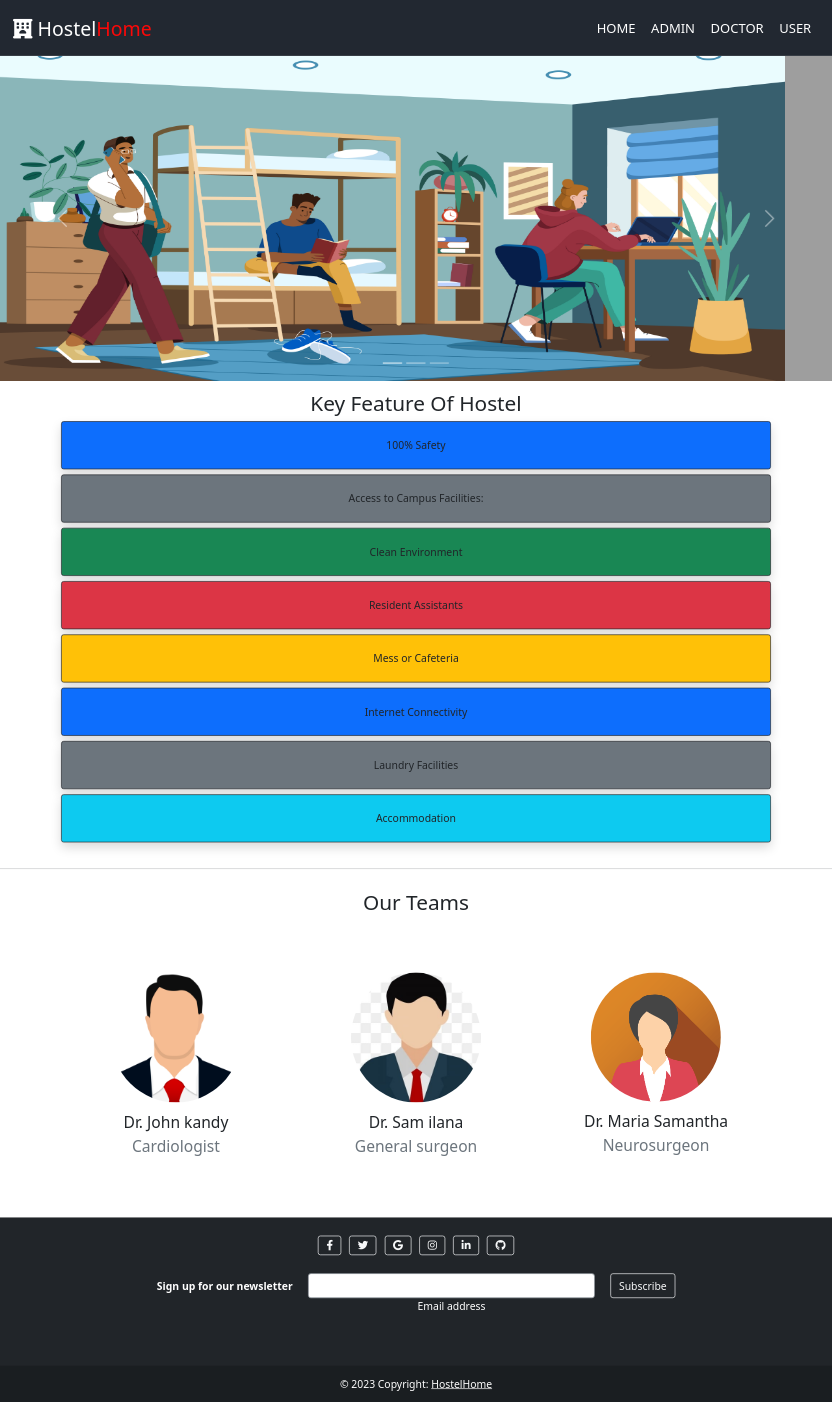
Repository: SparshGarg1/Hostel_Managment_System
Page: http://localhost/Hostel/
These files come from the project's save history. The page is drawn as it stood at one moment and after the next save; the edit follows.
The browser window is 1280 px wide. The pictures show the whole page, at 65% of full size.
Pictures or frames that could not be fetched are drawn as grey boxes. Some web libraries are served in a nearby version. The page is served by Tomcat 9.

Above is the page before, as saved 2023-06-17 05:19:48.

### Hostel/WebContent/index.jsp
<%@ page language="java" contentType="text/html; charset=ISO-8859-1"
    pageEncoding="ISO-8859-1"%>
<!DOCTYPE html PUBLIC "-//W3C//DTD HTML 4.01 Transitional//EN" "http://www.w3.org/TR/html4/loose.dtd">
<html>
<head>
<meta http-equiv="Content-Type" content="text/html; charset=ISO-8859-1">
<link rel="stylesheet" href="style.css">
<title>Insert title here</title>
<%@ include file="component/allcss.jsp" %>
</head>
<body>
<%@ include file="component/navbar.jsp" %>

<div id="carouselExampleIndicators" class="carousel slide" data-bs-ride="carousel">
  <div class="carousel-indicators">
    <button type="button" data-bs-target="#carouselExampleIndicators" data-bs-slide-to="0" class="active" aria-current="true" aria-label="Slide 1"></button>
    <button type="button" data-bs-target="#carouselExampleIndicators" data-bs-slide-to="1" aria-label="Slide 2"></button>
    <button type="button" data-bs-target="#carouselExampleIndicators" data-bs-slide-to="2" aria-label="Slide 3"></button>
  </div>
  <div class="carousel-inner">
    <div class="carousel-item active">
      <img src="img/hos1.jpg" class="d-block w-100" alt="..." height="500px">
    </div>
    <div class="carousel-item">
      <img src="img/hos2.jpg" class="d-block w-100" alt="..." height="500px">
    </div>
    <div class="carousel-item">
      <img src="img/hos3.jpg" class="d-block w-100" alt="..." height="500px">
    </div>
  </div>
  <button class="carousel-control-prev" type="button" data-bs-target="#carouselExampleIndicators" data-bs-slide="prev">
    <span class="carousel-control-prev-icon" aria-hidden="true"></span>
    <span class="visually-hidden">Previous</span>
  </button>
  <button class="carousel-control-next" type="button" data-bs-target="#carouselExampleIndicators" data-bs-slide="next">
    <span class="carousel-control-next-icon" aria-hidden="true"></span>
    <span class="visually-hidden">Next</span>
  </button>
</div>

<div class="container p-3">
<h1 class="text-center fs-2">Key Feature Of Hostel</h1>
<div class="card-columns">
  <div class="card bg-primary p-2 m-2 border-dark shadow rounded">
    <div class="card-body text-center">
      <p class="card-text font-weight-bold">100% Safety</p>
    </div>
  </div>
  <div class="card bg-secondary p-2 m-2 border-dark shadow rounded">
    <div class="card-body text-center">
      <p class="card-text font-weight-bold">Access to Campus Facilities:</p>
    </div>
  </div>
  <div class="card bg-success p-2 m-2 border-dark shadow rounded">
    <div class="card-body text-center">
      <p class="card-text">Clean Environment</p>
    </div>
  </div>
  <div class="card bg-danger p-2 m-2 border-dark shadow rounded">
    <div class="card-body text-center">
      <p class="card-text font-weight-bold">Resident Assistants</p>
    </div>
  </div>
  <div class="card bg-warning p-2 m-2 border-dark shadow rounded">
    <div class="card-body text-center">
      <p class="card-text font-weight-bold">Mess or Cafeteria</p>
    </div>
  </div>
  <div class="card bg-primary p-2 m-2 border-dark shadow rounded">
    <div class="card-body text-center">
      <p class="card-text font-weight-bold">Internet Connectivity</p>
    </div>

  </div>
  <div class="card bg-secondary p-2 m-2 border-dark shadow rounded">
    <div class="card-body text-center">
      <p class="card-text font-weight-bold">Laundry Facilities</p>
    </div>
  </div>
  <div class="card bg-info p-2 m-2 border-dark shadow rounded">
    <div class="card-body text-center">
      <p class="card-text font-weight-bold">Accommodation</p>
    </div>
  </div>
</div>
</div>
<hr>


<div class="container p-3">
<h1 class="text-center fs-2">Our Teams</p>
<div class="py-5 text-center text-info background-info" style="">
<div class="container">
<div class="row">
<div class="col-lg-4 col-md-6 p-4"> <img class="img-fluid d-block mb-3 mx-auto rounded-circle" alt="Card image cap" width="200" src="img/doc-1.jpg">
<h4 class="text-dark">Dr. John kandy</h4>
<h4 class="mb-0 text-secondary">Cardiologist</h4>
</div>
<div class="col-lg-4 col-md-6 p-4"> <img class="img-fluid d-block mb-3 mx-auto rounded-circle" src="img/doc-2.jpg" alt="Card image cap" width="200">
<h4 class="text-dark">Dr. Sam ilana</h4>
<h4 class="mb-0 text-secondary">General surgeon</h4>
</div>
<div class="col-lg-4 p-4"> <img class="img-fluid d-block mb-3 mx-auto rounded-circle" src="img/doc-3.jpg" width="200">
<h4 class="text-dark">Dr. Maria Samantha</h4>
<h4 class="mb-0 text-secondary">Neurosurgeon</h4>
</div>
</div>
</div>
</div>
</div>


<!-- Footer -->
<footer class="bg-dark text-center text-white">
  <!-- Grid container -->
  <div class="container p-4">
    <!-- Section: Social media -->
    <section class="mb-4">
      <!-- Facebook -->
      <a class="btn btn-outline-light btn-floating m-1" href="#!" role="button"
        ><i class="fab fa-facebook-f"></i
      ></a>

      <!-- Twitter -->
      <a class="btn btn-outline-light btn-floating m-1" href="#!" role="button"
        ><i class="fab fa-twitter"></i
      ></a>

      <!-- Google -->
      <a class="btn btn-outline-light btn-floating m-1" href="#!" role="button"
        ><i class="fab fa-google"></i
      ></a>

      <!-- Instagram -->
      <a class="btn btn-outline-light btn-floating m-1" href="#!" role="button"
        ><i class="fab fa-instagram"></i
      ></a>

      <!-- Linkedin -->
      <a class="btn btn-outline-light btn-floating m-1" href="#!" role="button"
        ><i class="fab fa-linkedin-in"></i
      ></a>

      <!-- Github -->
      <a class="btn btn-outline-light btn-floating m-1" href="#!" role="button"
        ><i class="fab fa-github"></i
      ></a>
    </section>
    <!-- Section: Social media -->

    <!-- Section: Form -->
    <section class="">
      <form action="">
        <!--Grid row-->
        <div class="row d-flex justify-content-center">
          <!--Grid column-->
          <div class="col-auto">
            <p class="pt-2">
              <strong>Sign up for our newsletter</strong>
            </p>
          </div>
          <!--Grid column-->

          <!--Grid column-->
          <div class="col-md-5 col-12">
            <!-- Email input -->
            <div class="form-outline form-white mb-4">
              <input type="email" id="form5Example21" class="form-control" />
              <label class="form-label" for="form5Example21">Email address</label>
            </div>
          </div>
          <!--Grid column-->

          <!--Grid column-->
          <div class="col-auto">
            <!-- Submit button -->
            <button type="submit" class="btn btn-outline-light mb-4">
              Subscribe
            </button>
          </div>
          <!--Grid column-->
        </div>
        <!--Grid row-->
      </form>
    </section>
    <!-- Section: Form -->

    <!-- Section: Text -->
    <section class="mb-4">
      <p>

      </p>
    </section>
    <!-- Section: Text -->

    <!-- Section: Links -->
   <!--  <section class="">
      Grid row
      <div class="row">
        Grid column
        <div class="col-lg-3 col-md-6 mb-4 mb-md-0">
          <h5 class="text-uppercase">Links</h5>

          <ul class="list-unstyled mb-0">
            <li>
              <a href="#!" class="text-white">Home</a>
            </li>
            <li>
              <a href="#!" class="text-white">Admin</a>
            </li>
            <li>
              <a href="#!" class="text-white">Doctor</a>
            </li>
            <li>
              <a href="#!" class="text-white">User</a>
            </li>
          </ul>
        </div>
      </div>
      Grid row
    </section> -->
    <!-- Section: Links -->
  </div>
  <!-- Grid container -->

  <!-- Copyright -->
  <div class="text-center p-3" style="background-color: rgba(0, 0, 0, 0.2);">
    © 2023 Copyright:
    <a class="text-white" href="index.jsp">HostelHome</a>
  </div>
  <!-- Copyright -->
</footer>
<!-- Footer -->


</body>
</html>

### Hostel/WebContent/component/allcss.jsp
<link rel="stylesheet" href="https://cdnjs.cloudflare.com/ajax/libs/font-awesome/6.1.2/css/all.min.css" integrity="sha512-1sCRPdkRXhBV2PBLUdRb4tMg1w2YPf37qatUFeS7zlBy7jJI8Lf4VHwWfZZfpXtYSLy85pkm9GaYVYMfw5BC1A==" crossorigin="anonymous" referrerpolicy="no-referrer" />
<link href="https://cdn.jsdelivr.net/npm/bootstrap@5.0.2/dist/css/bootstrap.min.css" rel="stylesheet" integrity="sha384-EVSTQN3/azprG1Anm3QDgpJLIm9Nao0Yz1ztcQTwFspd3yD65VohhpuuCOmLASjC" crossorigin="anonymous">
<script src="https://cdn.jsdelivr.net/npm/bootstrap@5.0.2/dist/js/bootstrap.bundle.min.js" integrity="sha384-MrcW6ZMFYlzcLA8Nl+NtUVF0sA7MsXsP1UyJoMp4YLEuNSfAP+JcXn/tWtIaxVXM" crossorigin="anonymous"></script>

### Hostel/WebContent/component/navbar.jsp
<!-- <nav class="navbar navbar-expand-lg navbar-dark bg-success">
  <div class="container-fluid">
    <a class="navbar-brand" href="index.jsp"><i class="fas fa-clinic-medical"></i> Medi Home</a>
    <button class="navbar-toggler" type="button" data-bs-toggle="collapse" data-bs-target="#navbarSupportedContent" aria-controls="navbarSupportedContent" aria-expanded="false" aria-label="Toggle navigation">
      <span class="navbar-toggler-icon"></span>
    </button>
    <div class="collapse navbar-collapse" id="navbarSupportedContent">
      <ul class="navbar-nav ms-auto mb-2 mb-lg-0">
        <li class="nav-item">
          <a class="nav-link active" aria-current="page" href="admin_login.jsp"><i class="fas fa-sign-in-alt"></i> ADMIN</a>
        </li>
        <li class="nav-item">
          <a class="nav-link active" aria-current="page" href="doctor_login.jsp">DOCTOR</a>
        </li>
        <li class="nav-item">
          <a class="nav-link active" aria-current="page" href="#">APPOINMENT</a>
        </li>
        <li class="nav-item">
          <a class="nav-link active" aria-current="page" href="user_login.jsp">USER</a>
        </li>
        <li class="nav-item dropdown">
          <a class="nav-link dropdown-toggle" href="#" id="navbarDropdown" role="button" data-bs-toggle="dropdown" aria-expanded="false">
            Dropdown
          </a>
          <ul class="dropdown-menu" aria-labelledby="navbarDropdown">
            <li><a class="dropdown-item" href="#">Action</a></li>
            <li><a class="dropdown-item" href="#">Another action</a></li>
            <li><hr class="dropdown-divider"></li>
            <li><a class="dropdown-item" href="#">Something else here</a></li>
          </ul>
        </li>


      </ul>
    </div>
  </div>
</nav> -->
<style>
<!--
.header{

    width: 100%;
    background-image: url("img/banner.jpg");
    background-position: center;
    background-repeat: no-repeat;
    background-size: cover;
    position: relative;
}
nav{
    display: flex;
    justify-content: space-between;
    align-items: center;
    background-color: #222831;
}
.logo{
    margin: 20px;
}
.logo a:hover{
    font-size: 40px;
}
.logo a{
    text-decoration: none;
    font-size: 30px;
    color: white;
}
.logo span{
    color: rgb(251, 8, 8);
    font-size: 30px;
}
.nav-links{
   text-align: right;
}
.nav-links ul{
    display: flex;
    margin: 20px;
}
.nav-links ul li{
    display: flex;
    display: inline-block;
    padding: 8px 12px;
    position: relative;
}
.nav-links ul li a{
    text-decoration: none;
    font-size: 20px;
    color: #fff;
}

.nav-links ul li a:hover{
    background-color: gray;
    color: black;
    padding: 15px;
    border: 3px solid black;
    border-radius: 12px;
    margin: 3px;
}
nav .fa{
    display: none;
}
@media(max-width: 700px){

    .nav-links ul {
        display: flex;
        flex-direction: column;
     }
     .nav-links ul li{
        margin-bottom: 25%;
        margin-top: 25%;
     }
    .nav-links ul li a{
        color: black;
        font-weight: 600;
     }


     .nav-links{
        position: absolute;
        top: 0;
        right: -200px;
        background-color: orange;
        height: 100vh;
        width: 200px;
        z-index: 1;
        text-align: left;
     }
     nav .fa{
         display: block;
         color: #fff;
         margin: 10px;
         font-size: 22px;
     }
     .nav-links ul{
         padding: 30px;
         transition-delay: 2s;
     }
}
/* .text-area{
    border: 2px solid green;
    position: relative;
    margin: auto;
    top: 20vh;
    width: 90%;
}
.text-area h3{
    color: rgb(87, 21, 21);
    font-size: 28px;
}
.text-area h1{
    font-size: 35px;
} */


.h1_tag{

        font-size: 36px;
        font-weight: 600;
        text-align: center;
    }

.h3_tag{

        font-size: 20px;
        text-align: center;
        color: crimson;
    }
-->
</style>
<section class="header" id="header">
      <nav>
        <div class="logo" ><a href="index.html"><i class="fas fa-hotel"></i> Hostel<span>Home</span></a></div>
        <div class="nav-links" id="navLinks">
            <i class="fa fa-window-close" aria-hidden="true" onclick="hideMenu()"></i>
            <ul>
                <li><a href="index.jsp">HOME</a></li>
                <li><a href="admin_login.jsp">ADMIN</a></li>
                <li><a href="doctor_login.jsp">DOCTOR</a></li>
                <li><a href="user_login.jsp">USER</a></li>
            </ul>
        </div>
        <i class="fa fa-bars" aria-hidden="true" onclick="showMenu()"></i>
      </nav>
      <!-- <div class="text-area">
        <h3>Hello, my name is</h3>
        <h1>Sparsh Garg</h1>
        <h3>and I'm a Developer</h3>
      </div> -->
    </section>

### Hostel/WebContent/style.css
.doctors .box-container{
    display: grid;
    grid-template-columns: repeat(auto-fit, minmax(30rem, 1fr));
    gap:2rem;
}

.doctors .box-container .box{
    text-align: center;
    background:#fff;
    border-radius: .5rem;
    border:var(--border);
    box-shadow: var(--box-shadow);
    padding:2rem;
}

.doctors .box-container .box img{
    height: 20rem;
    border:var(--border);
    border-radius: .5rem;
    margin-top: 1rem;
    margin-bottom: 1rem;
}

.doctors .box-container .box h3{
    color:var(--black);
    font-size: 2.5rem;
}

.doctors .box-container .box span{
    color:var(--green);
    font-size: 1.5rem;
}

.doctors .box-container .box .share{
    padding-top: 2rem;
}

.doctors .box-container .box .share a{
    height: 5rem;
    width: 5rem;
    line-height: 4.5rem;
    font-size: 2rem;
    color:var(--green);
    border-radius: .5rem;
    border:var(--border);
    margin:.3rem;
}

.doctors .box-container .box .share a:hover{
    background:var(--green);
    color:#fff;
    box-shadow: var(--box-shadow);
}
.heading{
    text-align: center;
    padding-bottom: 2rem;
    text-shadow: var(--text-shadow);
    text-transform: uppercase;
    color:var(--black);
    font-size: 5rem;
    letter-spacing: .4rem;
}

After the next save:
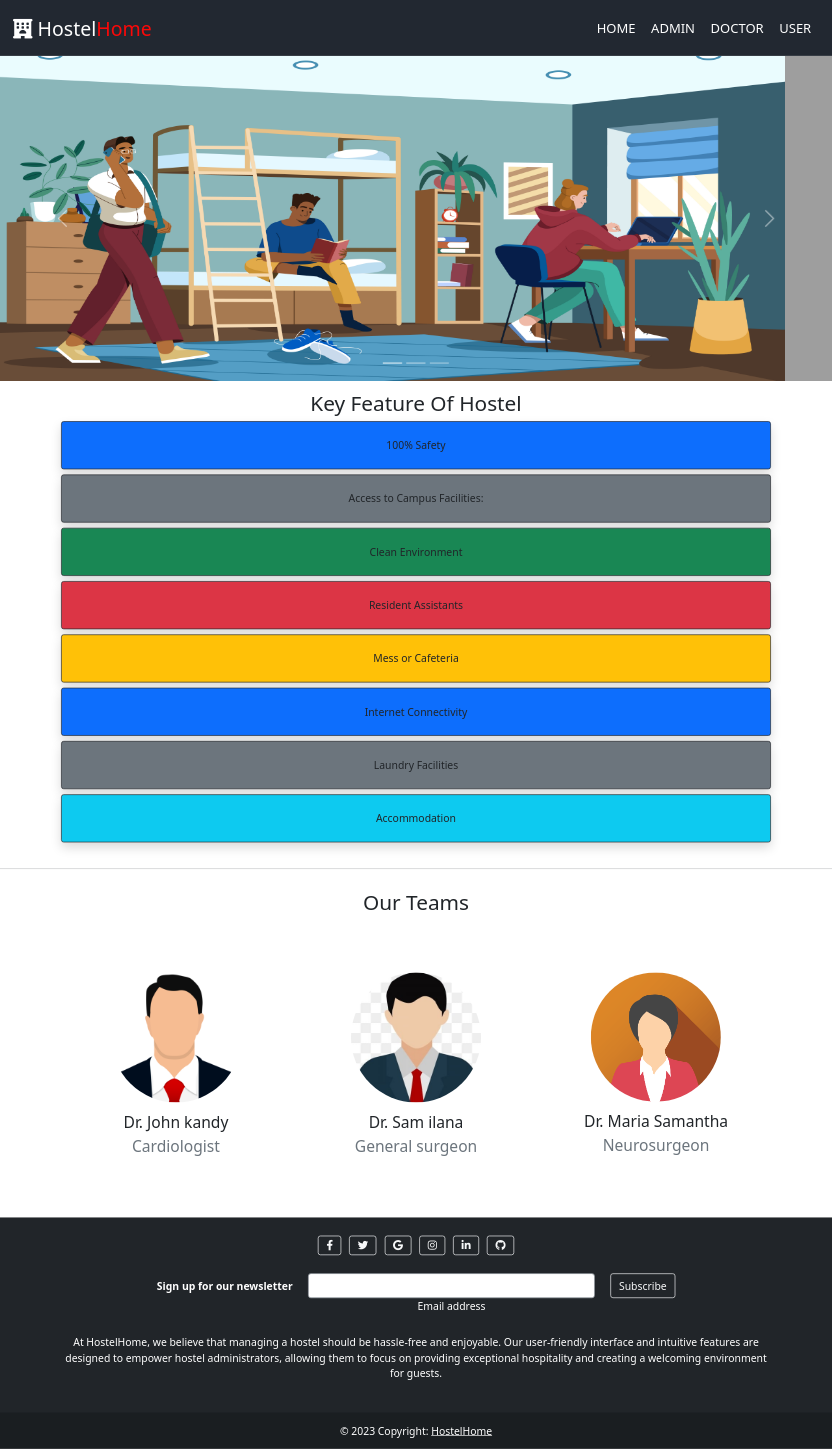
Saved 106 s later.
--- a/Hostel/WebContent/index.jsp
+++ b/Hostel/WebContent/index.jsp
@@ -188,6 +188,10 @@
     <!-- Section: Text -->
     <section class="mb-4">
       <p>
+       At HostelHome, we believe that managing a hostel should be hassle-free and enjoyable. Our user-friendly interface and
+       intuitive features are designed to empower hostel administrators, allowing them to focus on providing exceptional
+        hospitality and creating a welcoming environment for guests.
+
 
       </p>
     </section>
